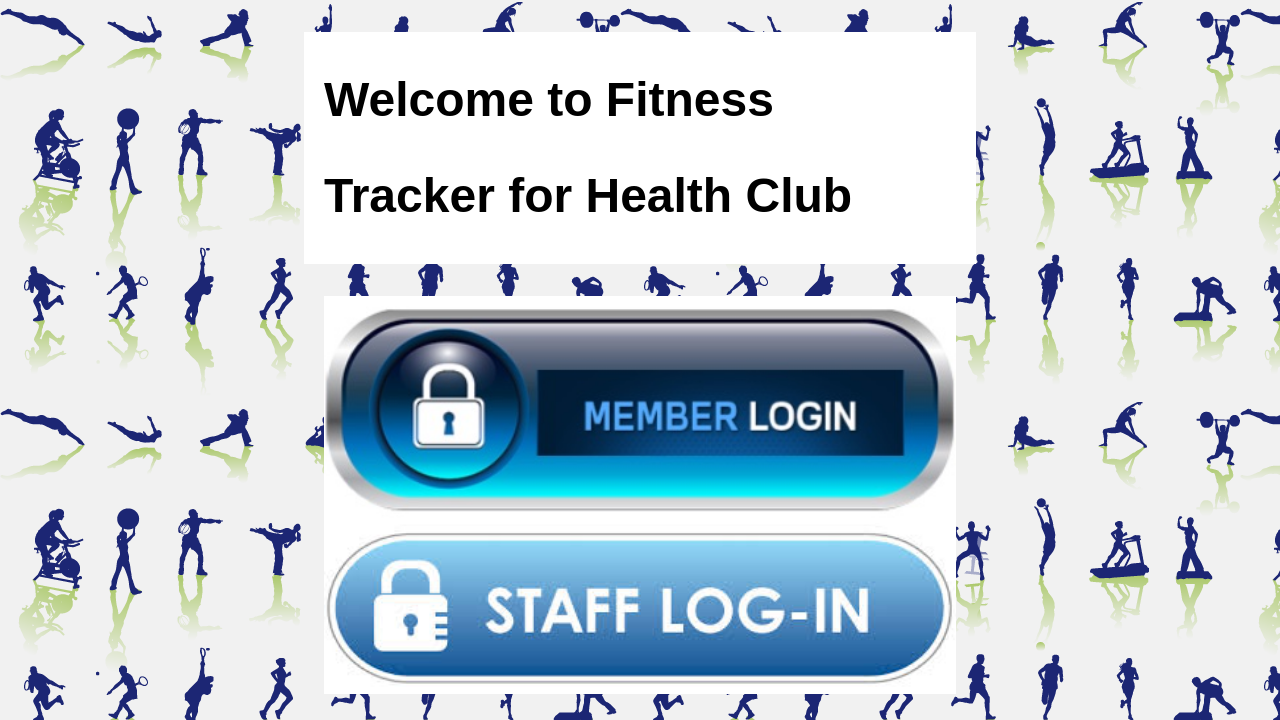
Repository: dmiropol/FitnessMemberTracker
Page: http://localhost/
These files come from the project's save history. The page is drawn as it stood at one moment and after the next save; the edit follows.
The browser window is 1280 px wide. The pictures show the whole page.
The page is served by the project's Node server (app.js).

Above is the page before, as saved 2018-11-16 10:25:30.

### views/index.ejs
<!DOCTYPE html>
<html>
  <head>
    <title><%= title %></title>
    <link rel='stylesheet' href='/stylesheets/style.css' />
  </head>
  <body background="background.png">
    <h1 class="center">Welcome to <%= title %> </h1>
    <a href="/member"><img border="0" alt="member area" src="MemberLogin.jpg"  class="center">
    <a href="/staff"><img border="0" alt="staff area" src="StaffLogin.jpg" class="center">
  </body>
</html>

### app.js

/**
 * Module dependencies.
 */

var express = require('express')
  , http = require('http')
  , path = require('path')
  , bodyParser = require('body-parser')
  , storage = require('./storage')
  , fs = require('fs');

var app = express();

// all environments
app.set('port', process.env.PORT || 8080);
app.set('views', __dirname + '/views');
app.set('view engine', 'ejs');
app.use(express.static(path.join(__dirname, 'public')));
app.use(bodyParser.json());
app.use(bodyParser.urlencoded({ extended: true }));

function index(req, res){
	res.render('index', {title: 'Fitness Tracker for Health Club'});
}

function member(req, res){
	res.render('member', {title: 'Member area'});
}

function uploadRecord(req, res){
	res.render('uploadRecord');
}

function staff(req, res){
	res.render('staff', {title: 'Health Club staff area'});
}


async function getRecordsList(req, res, next){
	var files = await storage.listFiles();
	var recordsList = [];
	for (var i in files) {
		var record = {};
		record.name = files[i].metadata.name;
		record.bucket = files[i].metadata.bucket;
		record.size = files[i].metadata.size;
		recordsList.push(record);
	};
	req.body = {recordsList};
	next();
}

function listRecords(req, res){
	var recordsList = req.body.recordsList;
	res.render('listRecords', {records: recordsList, action: 'show'});
}

async function uploadRecords(req, res){
	var fileName = req.params.record + '.json';
	var jsonObj = JSON.parse(req.body.JSONbody);
	var lines = '';

	for (var i in jsonObj){
		lines += JSON.stringify(jsonObj[i]) + '\n';
	}
	console.log('Got ' + req.method + ' request to store ' + fileName +
				' content into ' + lines.length + ' lines');
	fs.writeFile(fileName, lines, 'utf8', function (err) {
	    if (err)  return console.log(err);
	    console.log(fileName + ' locally added and will be uploaded to storage.')
	});
	await storage.uploadFile(fileName);
	fs.unlink(fileName, function (err) {
	    if (err)  return console.log(err);
	    console.log(fileName + ' locally deleted.')
	});
	res.render('actionconfirm', { action: 'Upload', record: storage.getPrivateUrl(fileName)});
}

function deleteRecords(req, res){
	var recordsList = req.body.recordsList;
	res.render('listrecords', { records: recordsList, action: 'delete'});
}

async function deleteFile(req, res, next){
	await storage.deleteFile(req.params.fileName);
	res.render('actionconfirm', { action: 'Delete', record: req.params.fileName});
}

async function showFile(req, res, next){
	var destFile = './temp.txt';
	var srcFile = req.params.fileName;
	await storage.downloadFile(srcFile, destFile);

	var content = fs.readFileSync(destFile, 'utf-8');
	fs.unlink(destFile, function (err) {
	    if (err)  return console.log(err);
	    console.log(destFile + ' locally deleted.')
	});
	res.render('actionconfirm', { action: 'Show', record: srcFile, content: content});
}

app.get('/', index);
app.get('/member', member);
app.get('/staff', staff);
app.get('/list/records', getRecordsList, listRecords);
app.get('/show/records/:fileName', showFile);
app.get('/upload/records', uploadRecord);
app.post('/upload/records/:record', uploadRecords);
app.get('/delete/records', getRecordsList, deleteRecords);
app.get('/delete/records/:fileName', deleteFile);


http.createServer(app).listen(app.get('port'), function(){
  console.log('Express server listening on port ' + app.get('port'));
});

### storage.js
/**
 * Copyright 2017, Google, Inc.
 * Licensed under the Apache License, Version 2.0 (the "License");
 * you may not use this file except in compliance with the License.
 * You may obtain a copy of the License at
 *
 *    http://www.apache.org/licenses/LICENSE-2.0
 *
 * Unless required by applicable law or agreed to in writing, software
 * distributed under the License is distributed on an "AS IS" BASIS,
 * WITHOUT WARRANTIES OR CONDITIONS OF ANY KIND, either express or implied.
 * See the License for the specific language governing permissions and
 * limitations under the License.
 */

/**
 * This application demonstrates how to perform basic operations on files with
 * the Google Cloud Storage API.
 *
 * For more information, see the README.md under /storage and the documentation
 * at https://cloud.google.com/storage/docs.
 */

'use strict';


const {Storage} = require('@google-cloud/storage');
const storage = new Storage({ projectId: 'iot2analytics-2018' });
const bucketName = 'member_fitness_tracker_storage';

async function uploadFile(filename) {
	await storage.bucket(bucketName).upload(filename, {
		contentType: 'application/json'
	});
console.log(`${filename} uploaded to ${bucketName}.`);

}

function getPrivateUrl(filename) {
	  return `https://storage.googleapis.com/${bucketName}/${filename}`;
}

async function listFiles() {
	const [files] = await storage.bucket(bucketName).getFiles();

	  console.log('Files:');
	  files.forEach(file => {
	    console.log(file.name);
	    //console.log(file.metadata);
	  });

	  return files;
	}

async function downloadFile(srcFilename, destFilename) {

  const options = {
    // The path to which the file should be downloaded, e.g. "./file.txt"
    destination: destFilename,
  };

  // Downloads the file
  await storage
    .bucket(bucketName)
    .file(srcFilename)
    .download(options);

  console.log(
    `gs://${bucketName}/${srcFilename} downloaded to ${destFilename}.`
  );
  // [END storage_download_file]
}

async function deleteFile(filename) {
  // Deletes the file from the bucket
  await storage
    .bucket(bucketName)
    .file(filename)
    .delete();

  console.log(`gs://${bucketName}/${filename} deleted.`);
  // [END storage_delete_file]
}

async function getMetadata(filename) {
  // Gets the metadata for the file
  const [metadata] = await storage
    .bucket(bucketName)
    .file(filename)
    .getMetadata();

  console.log(`File: ${metadata.name}`);
  console.log(`Bucket: ${metadata.bucket}`);
  console.log(`Storage class: ${metadata.storageClass}`);
  console.log(`Self link: ${metadata.selfLink}`);
  console.log(`ID: ${metadata.id}`);
  console.log(`Size: ${metadata.size}`);
  console.log(`Updated: ${metadata.updated}`);
  console.log(`Generation: ${metadata.generation}`);
  console.log(`Metageneration: ${metadata.metageneration}`);
  console.log(`Etag: ${metadata.etag}`);
  console.log(`Owner: ${metadata.owner}`);
  console.log(`Component count: ${metadata.component_count}`);
  console.log(`Crc32c: ${metadata.crc32c}`);
  console.log(`md5Hash: ${metadata.md5Hash}`);
  console.log(`Cache-control: ${metadata.cacheControl}`);
  console.log(`Content-type: ${metadata.contentType}`);
  console.log(`Content-disposition: ${metadata.contentDisposition}`);
  console.log(`Content-encoding: ${metadata.contentEncoding}`);
  console.log(`Content-language: ${metadata.contentLanguage}`);
  console.log(`Media link: ${metadata.mediaLink}`);
  console.log(`KMS Key Name: ${metadata.kmsKeyName}`);
  console.log(`Temporary Hold: ${metadata.temporaryHold}`);
  console.log(`Event-based hold: ${metadata.eventBasedHold}`);
  console.log(`Effective Expiration Time: ${metadata.effectiveExpirationTime}`);
  console.log(`Metadata: ${metadata.metadata}`);
  // [END storage_get_metadata]
}



module.exports = {
	uploadFile,
	getPrivateUrl,
	listFiles,
	getMetadata,
  deleteFile,
  downloadFile,
};

### public/stylesheets/style.css
ul {
    list-style-type: none;
    margin: 0;
    padding: 0;
    overflow: hidden;
    background-color: #606060;
}

li {
    float: left;
}

li a, .dropbtn {
    display: inline-block;
    color: white;
    text-align: center;
    padding: 14px 16px;
    text-decoration: none;
}

li a:hover, .dropdown:hover .dropbtn {
    background-color: #005392;
}

li.dropdown {
    display: inline-block;
}

.dropdown-content {
    display: none;
    position: absolute;
    background-color: #f9f9f9;
    min-width: 160px;
    box-shadow: 0px 8px 16px 0px rgba(0,0,0,0.2);
    z-index: 1;
}

.dropdown-content a {
    color: black;
    padding: 12px 16px;
    text-decoration: none;
    display: block;
    text-align: left;
}

.dropdown-content a:hover {background-color: #f1f1f1}

.dropdown:hover .dropdown-content {
    display: block;
}

.footer {
    position: fixed;
    left: 8px;
    bottom: 8px;
    width: 99%;
    background-color: #606060;
    color: white;
    text-align: left;
}

.footer p{
    text-decoration: underline;
    left: 10px;
}

textarea {
    border: 1 grey;
    overflow: hidden;
    padding: 0;
    outline: none;
    overflow-y:scroll;
    overflow-x:scroll;
    font-family:"Courier";
    font-size: 12px;
}

input {
	font-size: 14px;
    padding: 2px;
/*   float: left; */
}

.button {
    background-color: #555555;
    border: none;
    color: white;
    padding: 15px 32px;
    text-align: center;
    text-decoration: none;
    display: inline-block;
    font-size: 16px;
}

.listKeys {
	padding-left: 2em;
}

select  {
	font-size: 14px;
}

.center {
    display: block;
    margin-left: auto;
    margin-right: auto;
    width: 50%;
}

h1, h2{
	background: white;
	display: inline;
	padding:20px;
    line-height: 2em;
    font-family: Arial, Helvetica, sans-serif;
    font-size: 48px;
}

After the next save:
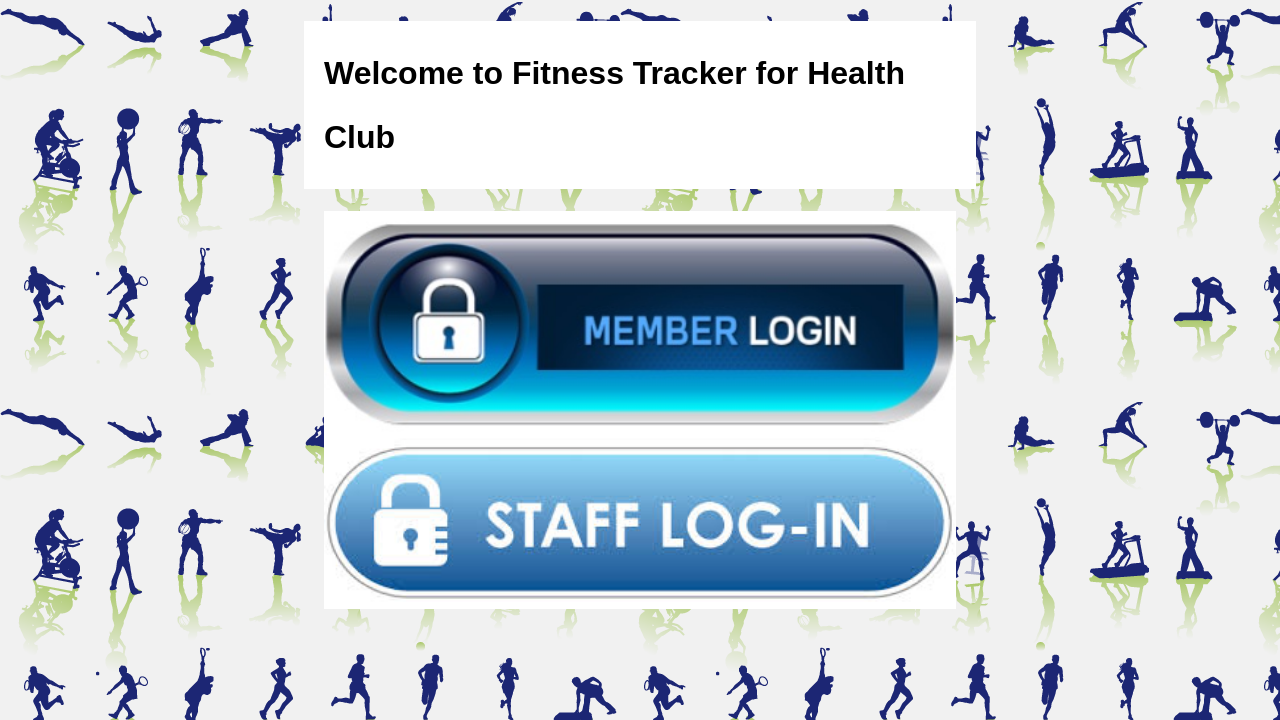
Saved 10 s later.
--- a/public/stylesheets/style.css
+++ b/public/stylesheets/style.css
@@ -113,5 +113,5 @@ h1, h2{
 	padding:20px;
     line-height: 2em;
     font-family: Arial, Helvetica, sans-serif;
-    font-size: 48px;
+    font-size: 32px;
 }
